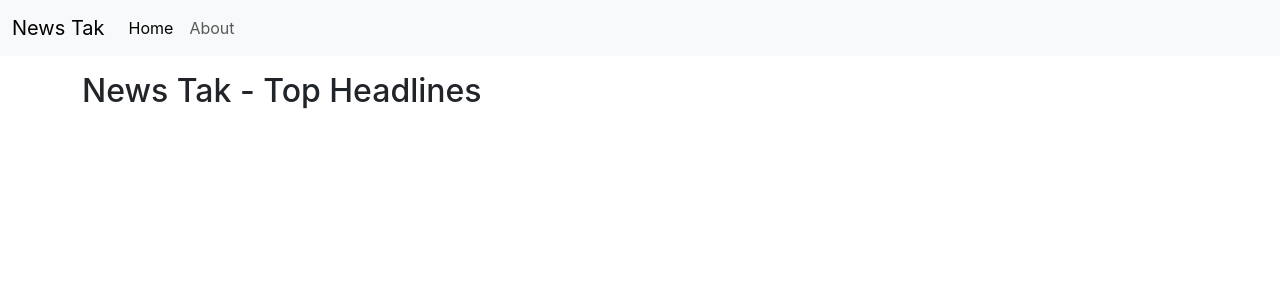
Repository: Rohit-foryou/News-website
Page: /business
The author's editor kept a copy of each file at every save. The page is drawn from the files as they stood at one save, then again after the next save.
The browser window is 1280 px wide. The pictures show the whole page.
The page's requests for data from a server got no answer. The project was rebuilt for these pictures with package versions that can differ from the ones it lists, and the page was loaded fresh each time. No one was signed in, and anything a server would have sent is missing. Also part of the build but not shown: src/Components/NewsItem.js.

Above is the page before, as saved 2023-12-22 20:29:19.

### public/index.html
<!DOCTYPE html>
<html lang="en">
  <head>
    <meta charset="utf-8" />
    <link rel="icon" href="%PUBLIC_URL%/favicon.ico" />
    <meta name="viewport" content="width=device-width, initial-scale=1" />
    <meta name="theme-color" content="#000000" />
    <meta
      name="description"
      content="News Tak is used to see latest news fast and easy"
    />
    <link rel="apple-touch-icon" href="%PUBLIC_URL%/logo192.png" />
    <!--
      manifest.json provides metadata used when your web app is installed on a
      user's mobile device or desktop. See https://developers.google.com/web/fundamentals/web-app-manifest/
    -->
    <link rel="manifest" href="%PUBLIC_URL%/manifest.json" />
    <!--
      Notice the use of %PUBLIC_URL% in the tags above.
      It will be replaced with the URL of the `public` folder during the build.
      Only files inside the `public` folder can be referenced from the HTML.

      Unlike "/favicon.ico" or "favicon.ico", "%PUBLIC_URL%/favicon.ico" will
      work correctly both with client-side routing and a non-root public URL.
      Learn how to configure a non-root public URL by running `npm run build`.
    -->
    <title>News Tak</title>
    <link href="https://cdn.jsdelivr.net/npm/bootstrap@5.3.2/dist/css/bootstrap.min.css" rel="stylesheet" integrity="sha384-T3c6CoIi6uLrA9TneNEoa7RxnatzjcDSCmG1MXxSR1GAsXEV/Dwwykc2MPK8M2HN" crossorigin="anonymous">
  </head>
  <body>
    <noscript>You need to enable JavaScript to run this app.</noscript>
    <div id="root"></div>
    <!--
      This HTML file is a template.
      If you open it directly in the browser, you will see an empty page.

      You can add webfonts, meta tags, or analytics to this file.
      The build step will place the bundled scripts into the <body> tag.

      To begin the development, run `npm start` or `yarn start`.
      To create a production bundle, use `npm run build` or `yarn build`.
    -->
    <script src="https://cdn.jsdelivr.net/npm/bootstrap@5.3.2/dist/js/bootstrap.bundle.min.js" integrity="sha384-C6RzsynM9kWDrMNeT87bh95OGNyZPhcTNXj1NW7RuBCsyN/o0jlpcV8Qyq46cDfL" crossorigin="anonymous"></script>
  </body>
</html>

### src/App.js
import React, { Component } from 'react'
import NavBar from './Components/NavBar'
import News from './Components/News'

export class App extends Component {
  render() {
    return (
      <div>
        <NavBar/>
        <News/>
      </div>
    )
  }
}

export default App

### src/Components/NavBar.js
import React, { Component } from 'react'

export default class NavBar extends Component {
  render() {
    return (
      <div>
        <nav className="navbar navbar-expand-lg bg-body-tertiary">
            <div className="container-fluid">
                <a className="navbar-brand" href="/">News Tak</a>
                <button className="navbar-toggler" type="button" data-bs-toggle="collapse" data-bs-target="#navbarSupportedContent" aria-controls="navbarSupportedContent" aria-expanded="false" aria-label="Toggle navigation">
                <span className="navbar-toggler-icon"></span>
                </button>
                <div className="collapse navbar-collapse" id="navbarSupportedContent">
                <ul className="navbar-nav me-auto mb-2 mb-lg-0">
                    <li className="nav-item">
                    <a className="nav-link active" aria-current="page" href="/">Home</a>
                    </li>
                    <li className="nav-item">
                    <a className="nav-link" href="/about">About</a>
                    </li>
                </ul>
                </div>
            </div>
        </nav>
      </div>
    )
  }
}

### src/Components/News.js
import React, { Component } from "react";
import NewsItem from "./NewsItem";

export class News extends Component {

  constructor() {
    super();
    console.log("hello i am constructor");
    this.state = {
      articles: [],
      loading: false
    };
  }

 async componentDidMount(){
    let url = "https://newsapi.org/v2/top-headlines?country=in&apiKey=fa3dbec13bb44cd2a222250b4aea8871"
    let data = await fetch(url);
    let parsedData = await data.json()
    console.log(parsedData)
    this.setState({articles: parsedData.articles})
  }
  render() {
    return (
      <div className="container my-3">
        <h2>News Tak - Top Headlines</h2>

        <div className="row">
        {this.state.articles.map((element)=>{
            return <div className="col-md-4" key={element.url}>
            <NewsItem
              title={element.title?element.title.slice(0,45):""}
              description={element.description?element.description.slice(0,83):""}
              imgUrl={element.urlToImage}
              newsUrl = {element.url}
            />
          </div>
        })}

        </div>
      </div>
    );
  }
}

export default News;

Loaded but not shown: src/index.js (common file); src/index.css (common file); src/reportWebVitals.js (common file)

After the next save:
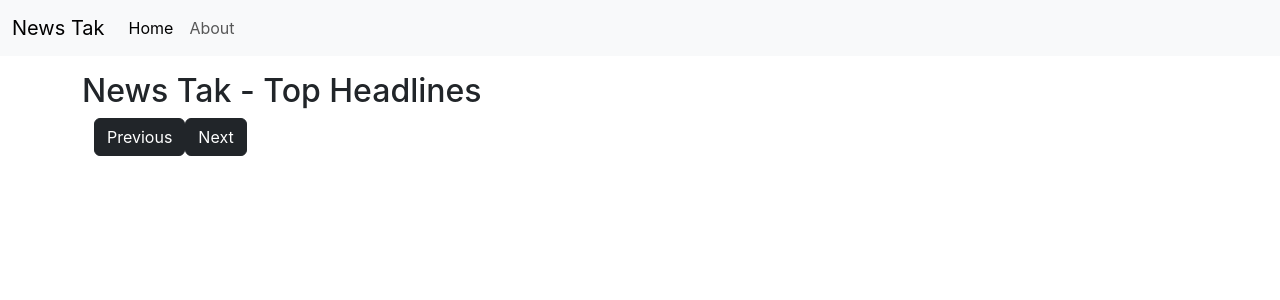
Saved 4 min 22 s later.
--- a/src/Components/News.js
+++ b/src/Components/News.js
@@ -8,7 +8,8 @@ export class News extends Component {
     console.log("hello i am constructor");
     this.state = {
       articles: [],
-      loading: false
+      loading: false,
+      page: 1
     };
   }
 
@@ -37,6 +38,10 @@ export class News extends Component {
         })}
 
         </div>
+        <div className="container">
+            <button type="button" class="btn btn-dark">Previous</button>
+            <button type="button" class="btn btn-dark">Next</button>
+        </div>
       </div>
     );
   }
